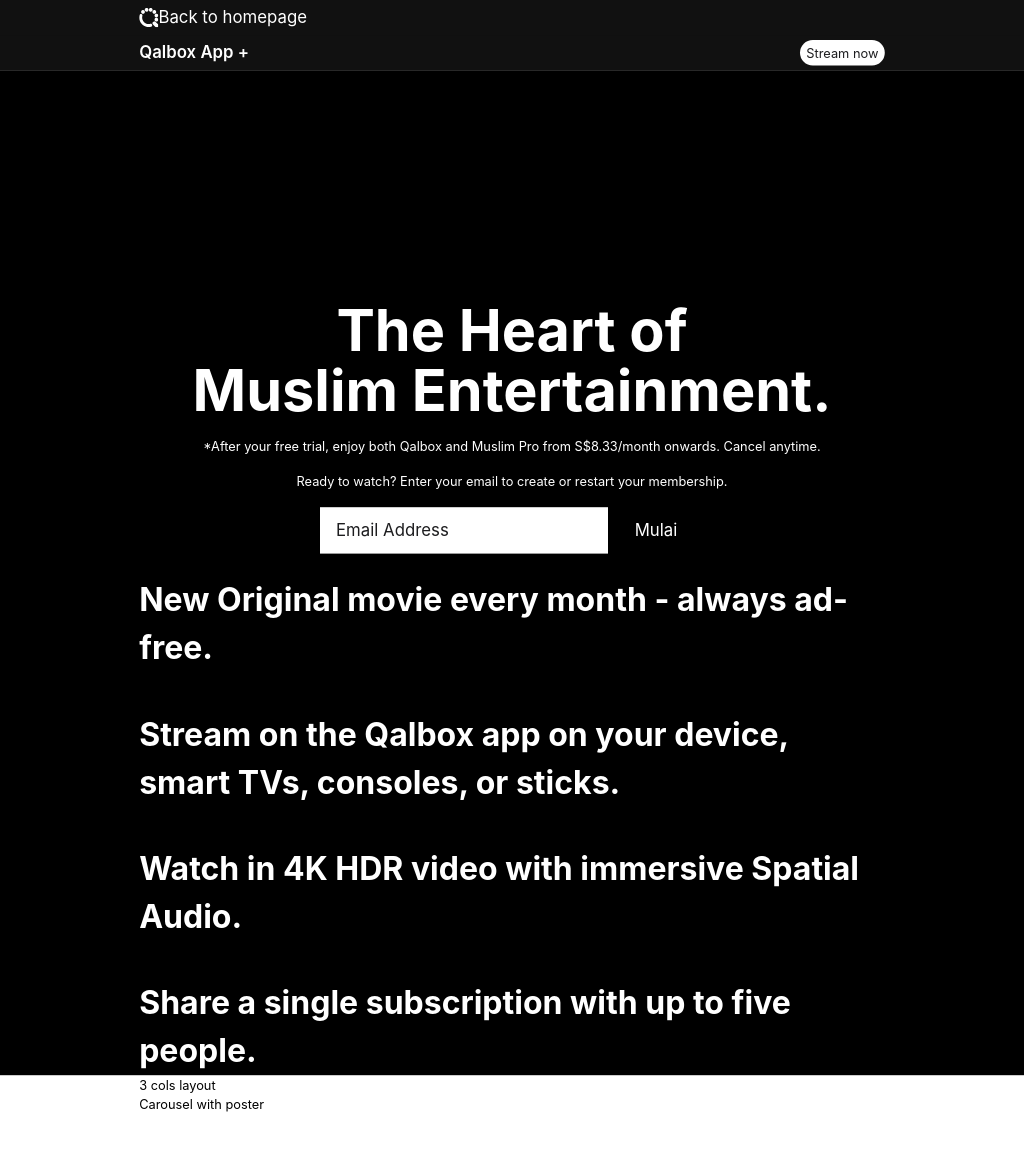
Repository: iqmalr/qalbox-rebuild
Page: /
These files come from the project's save history. The page is drawn as it stood at one moment and after the next save; the edit follows.
The browser window is 1280 px wide. The pictures show the whole page, at 80% of full size.
Some web fonts or font styles are not loaded; a fallback is used. The project was rebuilt for these pictures with package versions that can differ from the ones it lists, and the page was loaded fresh each time. Also part of the build but not shown: vite.config.ts. Imported but missing from the stored project, and not drawn on this page: src/assets/Hero.mp4.

Above is the page before, as saved 2024-09-16 13:53:48.

### src/App.tsx
import { CustomContainer } from "./components/CustomContainer";
import { Headers } from "./components/Headers";
import { Hero } from "./components/sections/Hero";
import { USPS } from "./components/sections/USPS";

function App() {
  return (
    <>
      <Headers />
      <main>
        <div className="bg-background">
          <Hero />
          <USPS />
        </div>
        <div>
          <CustomContainer>3 cols layout</CustomContainer>
        </div>
        <div>
          <CustomContainer>Carousel with poster</CustomContainer>
        </div>
      </main>
    </>
  );
}

export default App;

### src/index.css
@tailwind base;
@tailwind components;
@tailwind utilities;
@font-face {
  font-family: "SF Pro Display";
  src: url("/assets/font/SFProDisplay-Regular.ttf") format("truetype");
  font-weight: 400;
  font-style: normal;
}

@font-face {
  font-family: "SF Pro Display";
  src: url("/assets/fonts/SFProDisplay-Bold.ttf") format("truetype");
  font-weight: 700;
  font-style: normal;
}

body {
  font-family: "SF Pro Display", sans-serif;
}
@layer {
  :root {
    --header-row-height: 44px;
    --header-height: calc(var(--header-row-height) * 2);
    --hero-height: calc(100svh - var(--header-height));
  }
}

### src/components/CustomContainer.tsx
import React from "react";
import { twMerge } from "tailwind-merge";
type Props = {
  children: React.ReactNode;
  className?: string;
};

export const CustomContainer = ({ children, className }: Props) => {
  return (
    <div className={twMerge("mx-auto max-w-[980px] px-6", className)}>
      {children}
    </div>
  );
};

### src/components/Headers.tsx
import QalboxSVGIcon from "../assets/QalboxSVG";
import { Button } from "./Button";
import { CustomContainer } from "./CustomContainer";

export const Headers = () => {
  return (
    <>
      <header className="top-0 z-20 bg-backgroundContrast text-white">
        <CustomContainer className="flex h-[--header-row-height] items-center">
          <a
            href="/"
            className="-ml-6 flex h-[--header-row-height] items-center px-6 text-21"
          >
            <QalboxSVGIcon />
            <span>Back to homepage</span>
          </a>
        </CustomContainer>
      </header>
      <div className="sticky top-0 z-20 bg-backgroundContrast text-white">
        <CustomContainer className="flex h-[--header-row-height] items-center justify-between">
          <p className="text-21 font-semibold">Qalbox App +</p>
          <Button size="small">Stream now</Button>
        </CustomContainer>
      </div>
    </>
  );
};

### src/components/sections/Hero.tsx
import { motion, useScroll, useTransform } from "framer-motion";
import { lazy, useEffect, useRef } from "react";
import videoSrc from "../../assets/Hero.mp4";
const CustomContainer = lazy(() =>
  import("../CustomContainer").then((module) => ({
    default: module.CustomContainer,
  })),
);
export const Hero = () => {
  const videoContainerRef = useRef<HTMLDivElement>(null);
  const videoRef = useRef<HTMLVideoElement>(null);

  const { scrollYProgress } = useScroll({
    target: videoContainerRef,
    offset: ["start start", "end end"],
  });
  const opacity = useTransform(scrollYProgress, [0, 0.7, 1], [1, 1, 0]);

  useEffect(() => {
    const videoContainer = videoContainerRef.current;
    const video = videoRef.current;
    if (!videoContainer || !video) return;

    const observer = new IntersectionObserver(
      (entries) => {
        entries.forEach((entry) => {
          if (entry.isIntersecting) {
            video.play().catch(() => {
              console.error("Autoplay was prevented");
            });
          } else {
            video.pause();
          }
        });
      },
      { threshold: 0.5 },
    );

    observer.observe(videoContainer);

    return () => {
      observer.unobserve(videoContainer);
    };
  }, []);
  return (
    <div className="relative bg-background text-white">
      <motion.div
        style={{ opacity }}
        ref={videoContainerRef}
        className="absolute -top-[--header-height] left-0 h-[200vh] w-full"
      >
        <video
          ref={videoRef}
          className="sticky top-0 h-screen w-full object-cover"
          src={videoSrc}
          muted
          playsInline
          loop
        />
      </motion.div>
      <CustomContainer className="relative z-10 h-[--hero-height] pb-7">
        <motion.div
          className="flex h-full flex-col items-center justify-end text-center"
          variants={{
            hidden: { opacity: 0 },
            visible: { opacity: 1 },
          }}
          whileInView="visible"
          exit="hidden"
          animate="hidden"
          viewport={{ amount: 0.98 }}
        >
          <h1 className="mb-5 text-40 font-bold md:text-72">
            The Heart of <br />
            Muslim Entertainment.
          </h1>
          <h1 className="mb-5">
            *After your free trial, enjoy both Qalbox and Muslim Pro from
            S$8.33/month onwards. Cancel anytime.
          </h1>
          <h1 className="mb-5">
            Ready to watch? Enter your email to create or restart your
            membership.
          </h1>
          <div className="flex h-[58px] w-[480px] flex-row text-21">
            <div className="flex basis-3/4 items-center bg-white text-textBlack">
              <p className="p-5">Email Address</p>
              <p></p>
            </div>
            <button className="basis-1/4 bg-primary">Mulai</button>
          </div>
        </motion.div>
      </CustomContainer>
    </div>
  );
};

### src/components/sections/USPS.tsx
import { CustomContainer } from "../CustomContainer";

export const USPS = () => {
  return (
    <CustomContainer className="space-y-12 font-bold text-white">
      <p className="text-40">
        New Original movie every month - always ad-free.
      </p>
      <p className="text-40">
        Stream on the Qalbox app on your device, smart TVs, consoles, or sticks.
      </p>
      <p className="text-40">
        Watch in 4K HDR video with immersive Spatial Audio.
      </p>
      <p className="text-40">
        Share a single subscription with up to five people.
      </p>
    </CustomContainer>
  );
};

### src/assets/icons/QalboxSVG.tsx
const QalboxSVGIcon = () => {
  return (
    <svg
      width="24"
      height="24"
      viewBox="0 0 24 24"
      fill="none"
      xmlns="http://www.w3.org/2000/svg"
    >
      <path
        id="Vector_2"
        d="M6.37981 3.25561C7.28357 4.15908 7.28357 5.61977 6.37981 6.52325C5.47606 7.42673 4.01493 7.42673 3.11117 6.52325C2.20742 5.61977 2.20742 4.15908 3.11117 3.25561C4.01493 2.35213 5.47606 2.35611 6.37981 3.25561ZM19.2673 13.962C18.9368 15.1958 19.6694 16.4615 20.8996 16.7918C22.1338 17.1222 23.3998 16.3899 23.7303 15.16C24.0607 13.9262 23.3282 12.6605 22.098 12.3302C20.8638 11.9998 19.5977 12.7322 19.2673 13.962ZM19.2673 9.97796C19.5977 11.2118 20.8638 11.9401 22.098 11.6098C23.3322 11.2794 24.0607 10.0138 23.7303 8.77995C23.3998 7.54613 22.1338 6.81778 20.8996 7.14812C19.6654 7.47847 18.9368 8.74413 19.2673 9.97796ZM17.2726 6.52325C18.1764 7.42673 19.6375 7.42673 20.5413 6.52325C21.445 5.61977 21.445 4.15908 20.5413 3.25561C19.6375 2.35213 18.1764 2.35213 17.2726 3.25561C16.3689 4.15908 16.3689 5.62375 17.2726 6.52325ZM8.63322 0.067566C7.39902 0.397912 6.67045 1.66358 7.00089 2.8974C7.33134 4.13122 8.59739 4.85958 9.83159 4.52923C11.0658 4.19888 11.7944 2.93322 11.4639 1.6994C11.1335 0.469554 9.86742 -0.26278 8.63322 0.067566ZM13.8208 4.52923C15.055 4.85958 16.3211 4.12724 16.6515 2.8974C16.982 1.66358 16.2494 0.397912 15.0192 0.067566C13.789 -0.26278 12.519 0.469554 12.1885 1.6994C11.8541 2.93322 12.5866 4.19888 13.8208 4.52923ZM23.8099 21.3331C23.8099 20.6844 23.5949 20.4694 22.934 19.8087L20.5413 17.4167C19.6375 16.5132 18.1764 16.5132 17.2726 17.4167C16.3689 18.3202 16.3689 19.7809 17.2726 20.6844L19.6654 23.0764C20.3263 23.7371 20.5453 23.952 21.1902 23.952H23.0375C23.4635 23.952 23.8059 23.6057 23.8059 23.1838L23.8099 21.3331ZM6.41166 3.29939C7.31144 4.19888 7.31144 5.65559 6.41166 6.55509C5.51189 7.45459 4.05474 7.45459 3.15497 6.55509C2.25519 5.65559 2.25519 4.19888 3.15497 3.29939C4.05076 2.39989 5.51189 2.39989 6.41166 3.29939ZM19.2513 13.97C18.9209 15.1998 19.6495 16.4615 20.8797 16.7879C22.1099 17.1182 23.372 16.3899 23.6984 15.16C24.0289 13.9302 23.3003 12.6685 22.0701 12.3421C20.8438 12.0118 19.5818 12.7401 19.2513 13.97ZM19.2513 9.99786C19.5818 11.2277 20.8438 11.9561 22.0701 11.6257C23.3003 11.2954 24.0289 10.0337 23.6984 8.80781C23.368 7.58195 22.1059 6.84962 20.8797 7.17996C19.6534 7.50633 18.9249 8.76801 19.2513 9.99786ZM17.2647 6.55509C18.1644 7.45459 19.6216 7.45459 20.5214 6.55509C21.4211 5.65559 21.4211 4.19888 20.5214 3.29939C19.6216 2.39989 18.1644 2.39989 17.2647 3.29939C16.3649 4.19888 16.3649 5.65559 17.2647 6.55509ZM8.65711 0.123287C7.42689 0.453634 6.69832 1.71532 7.02876 2.94118C7.35921 4.16704 8.62128 4.89938 9.84752 4.56903C11.0777 4.23869 11.8063 2.977 11.4759 1.75114C11.1494 0.521295 9.88733 -0.207059 8.65711 0.123287ZM13.8248 4.56903C15.055 4.89938 16.3171 4.17102 16.6436 2.94118C16.9701 1.71134 16.2455 0.449654 15.0152 0.123287C13.785 -0.207059 12.5229 0.521295 12.1965 1.75114C11.87 2.98098 12.5946 4.24267 13.8248 4.56903ZM23.782 21.3132C23.782 20.6684 23.5671 20.4535 22.9062 19.7928L20.5214 17.4088C19.6216 16.5093 18.1644 16.5093 17.2647 17.4088C16.3649 18.3083 16.3649 19.765 17.2647 20.6645L19.6495 23.0485C20.3104 23.7092 20.5253 23.9241 21.1703 23.9241H23.0137C23.4357 23.9241 23.782 23.5819 23.782 23.156V21.3132ZM14.9038 23.3988C15.8871 23.1361 16.4684 22.1252 16.2056 21.1421C15.9429 20.159 14.9316 19.5779 13.9482 19.8406C12.5906 20.2028 11.1534 20.2107 9.79178 19.8605C8.39435 19.4983 7.10839 18.766 6.08122 17.7351C5.05404 16.7083 4.3175 15.4267 3.95919 14.0257C3.60883 12.6645 3.61281 11.2317 3.97511 9.87447C4.23788 8.8914 3.65263 7.88046 2.66925 7.62175C1.68587 7.35907 0.674621 7.94414 0.415837 8.92722C-0.109694 10.8934 -0.117657 12.9789 0.391949 14.9491C0.917479 16.9829 1.98447 18.8456 3.47745 20.3381C4.97043 21.8306 6.83766 22.8973 8.8721 23.4227C9.84354 23.6734 10.8389 23.7968 11.8342 23.7968C12.8693 23.8008 13.9005 23.6654 14.9038 23.3988Z"
        fill="currentColor"
      />
    </svg>
  );
};

export default QalboxSVGIcon;

### src/components/Button.tsx
import { twMerge } from "tailwind-merge";

type Props = {
  children: React.ReactNode;
  size?: "small" | "medium" | "large";
  className?: string;
};
export const Button = ({ children, size = "medium", className }: Props) => {
  const sizeClassNames: Record<"small" | "medium" | "large", string> = {
    // 12px
    small: "text-xs px-2 py-1",
    // 14px
    medium: "text-sm px-5 py-3",
    // 17px
    large: "text-lg px-8 py-5",
  };
  return (
    <button
      className={twMerge(
        "rounded-full bg-white text-textBlack",
        sizeClassNames[size],
        className,
      )}
    >
      {children}
    </button>
  );
};

### tailwind.config.ts
/** @type {import('tailwindcss').Config} */
export default {
  content: ["./index.html", "./src/**/*.{js,ts,jsx,tsx}"],
  theme: {
    colors: {
      background: "#000",
      backgroundContrast: "#111",
      textBlack: "#1d1d1f",
      white: "#fff",
    },
    fontFamily: {
      sans: ["SF Pro Display"],
    },
    fontSize: {
      "12": "0.75rem",
      "14": "0.875rem",
      "17": "1.0625rem",
      "19": ["1.1875rem", "1.21"],
      "21": "1.3125rem",
      "24": "1.5rem",
      "28": "1.75rem",
      "40": "2.5rem",
      "72": ["4.5rem", "1.05"],
    },
    extend: {},
  },
  plugins: [],
};

Loaded but not shown: index.html (common file); src/main.tsx (common file)

After the next save:
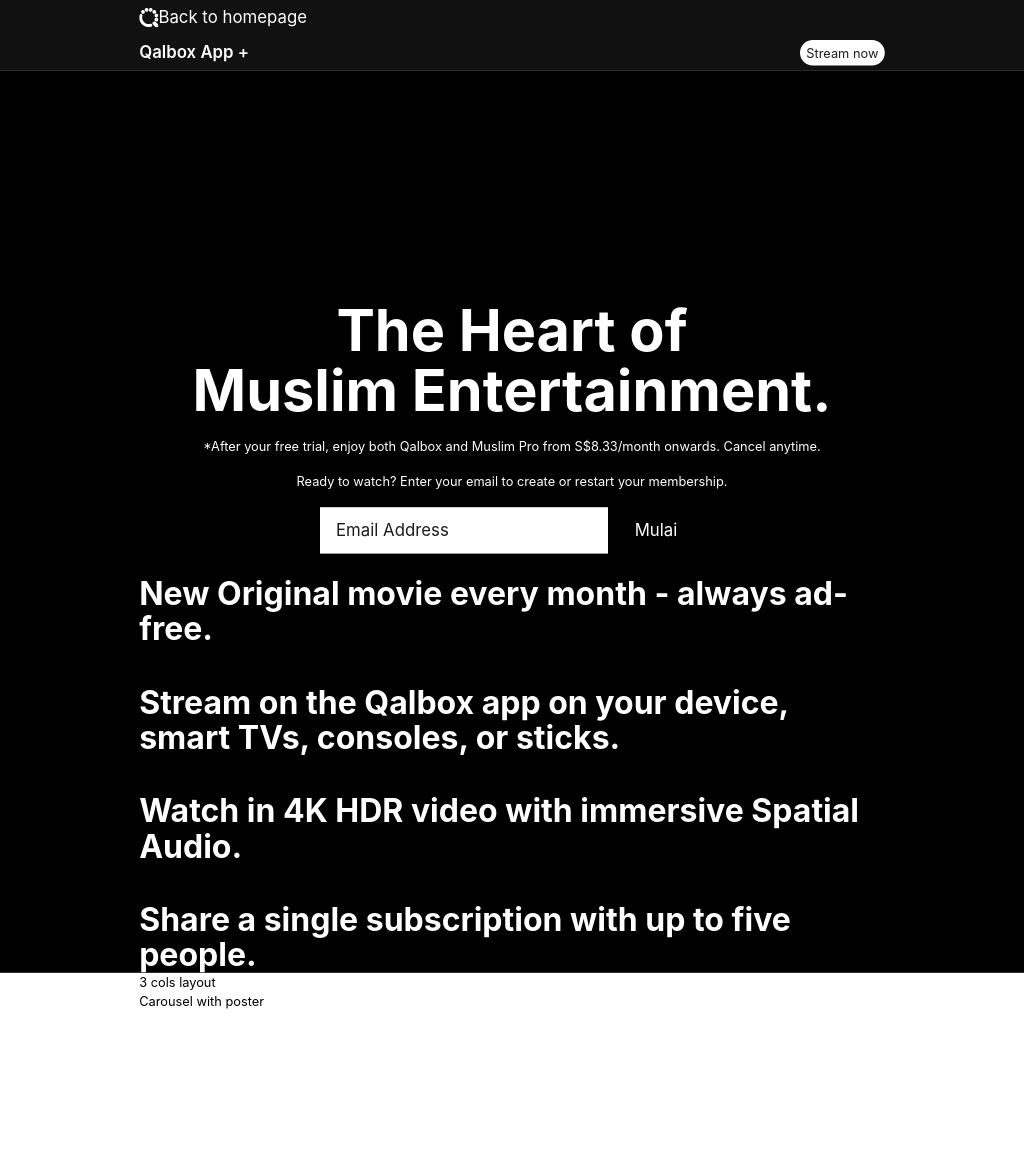
Saved 29 s later.
--- a/tailwind.config.ts
+++ b/tailwind.config.ts
@@ -19,7 +19,7 @@
       "21": "1.3125rem",
       "24": "1.5rem",
       "28": "1.75rem",
-      "40": "2.5rem",
+      "40": ["2.5rem", "1.1"],
       "72": ["4.5rem", "1.05"],
     },
     extend: {},
